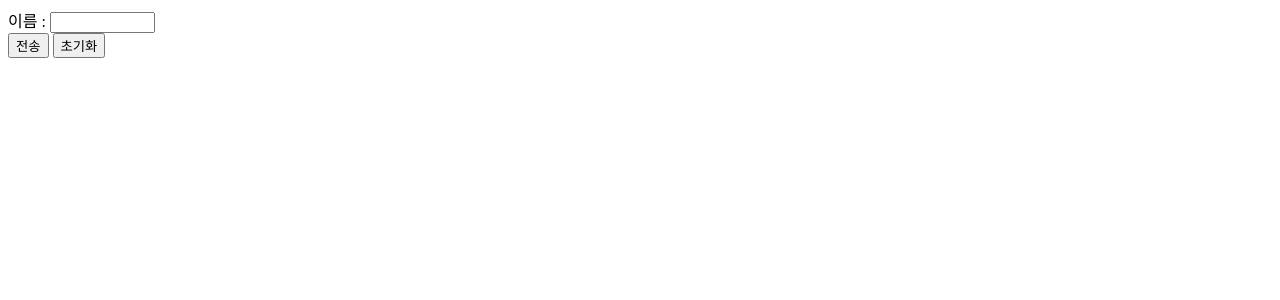
Repository: Kanghanna/One-Pick
Page: http://localhost/StartJSP/servletForm.jsp
An editor plug-in stored every save of this project. The page is shown before and after the next save, followed by the edit.
The browser window is 1280 px wide. The pictures show the whole page.
The page is served by Tomcat 9.

Above is the page before, as saved 2019-03-28 01:56:40.

After the next save:
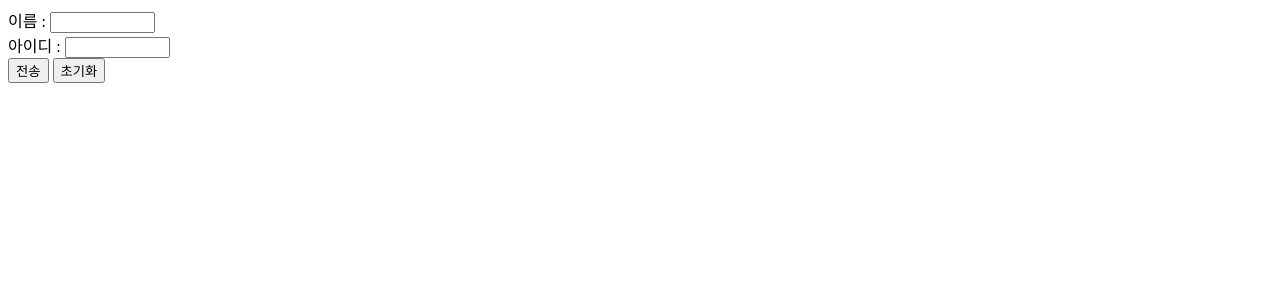
Saved 28 s later.
--- a/StartJSP/WebContent/servletForm.jsp
+++ b/StartJSP/WebContent/servletForm.jsp
@@ -10,6 +10,7 @@
 
 <form action = "index.jsp" method = "post">
  이름 : <input type = "text" name = "name" size = "10"><br>
+ 아이디 : <input type = "text" name = "id" size = "10"><br>
 
  <input type = "submit" value = "전송">
  <input type = "reset" value = "초기화">
